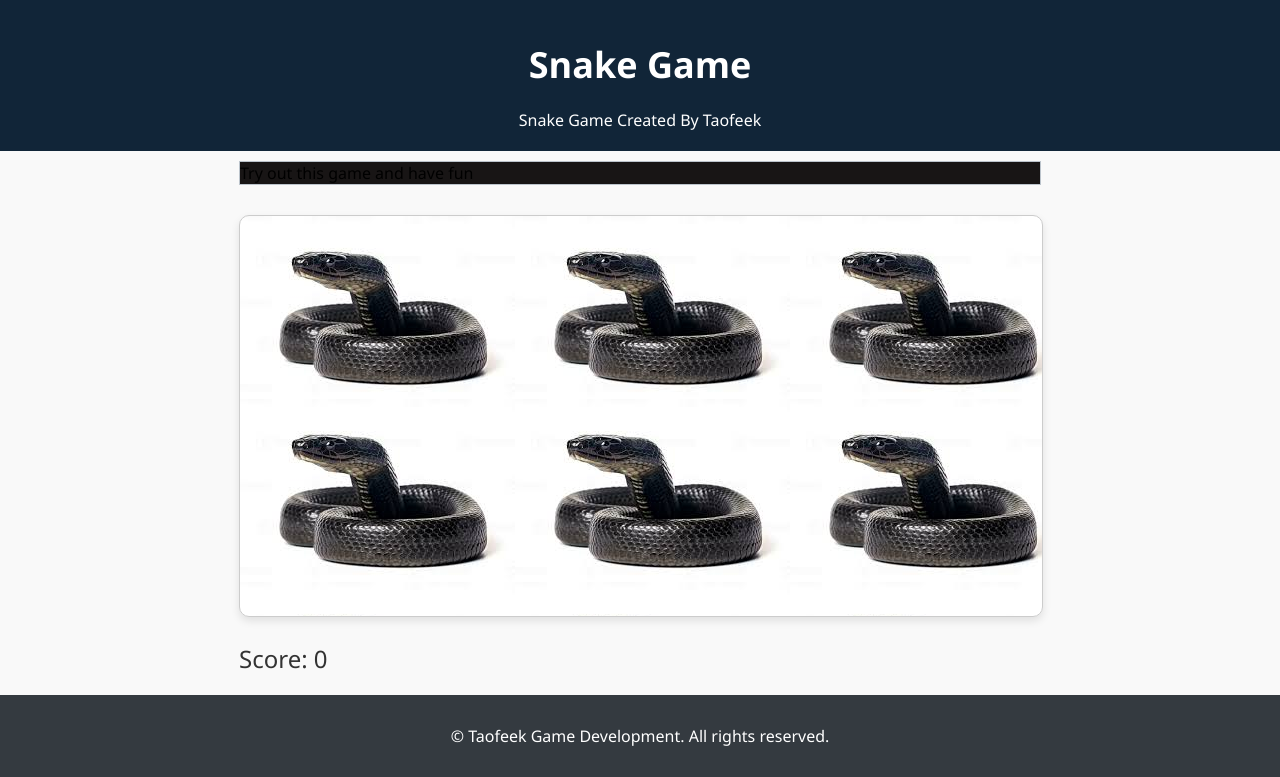
Repository: Taofeekolusola/Landing-page
Page: index.html
An editor plug-in stored every save of this project. The page is shown before and after a run of saves, followed by the edit.
The browser window is 1280 px wide. The pictures show the whole page.

Above is the page before, as saved 2024-05-06 18:41:42.
Not found: script.js

After the next 5 saves:
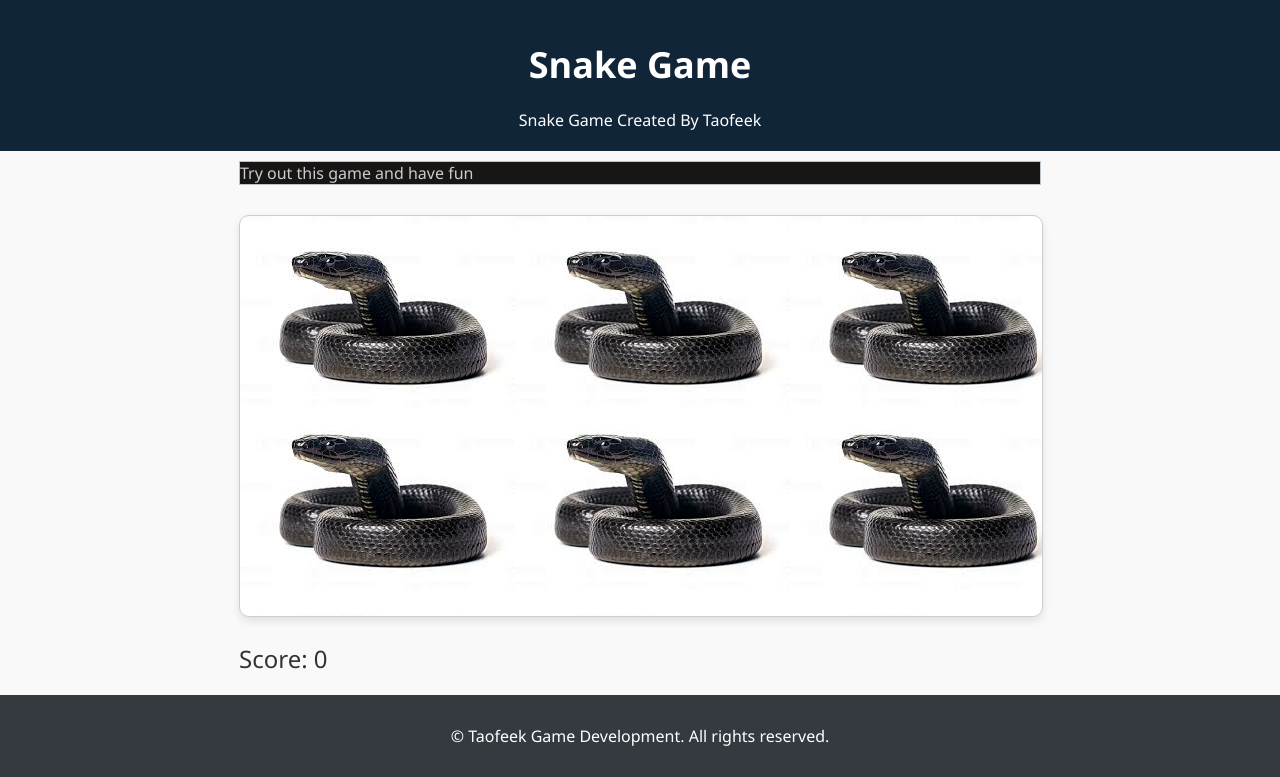
The 5 saves are shown as one change because they came seconds apart.
The last was saved 28 s later.
--- a/styles.css
+++ b/styles.css
@@ -38,6 +38,7 @@
     margin: 10px 0px;
     border: 1px solid #bcc4cc;
     background-color: #181515;
+    color: #ccc;
 }
 
 main {

After the 2 saves that followed:
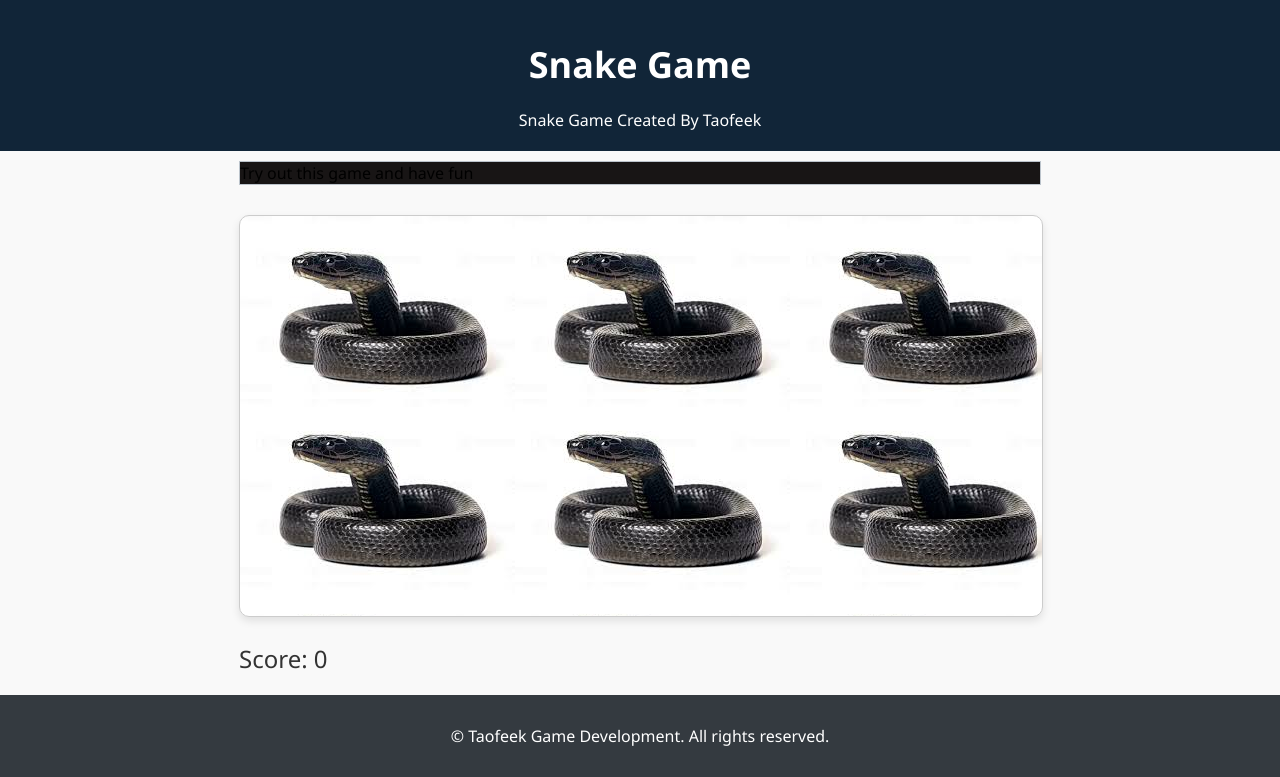
The 2 saves are shown as one change because they came seconds apart.
The last was saved 28 s later.
--- a/styles.css
+++ b/styles.css
@@ -38,7 +38,7 @@
     margin: 10px 0px;
     border: 1px solid #bcc4cc;
     background-color: #181515;
-    color: #ccc;
+    color: #;
 }
 
 main {
